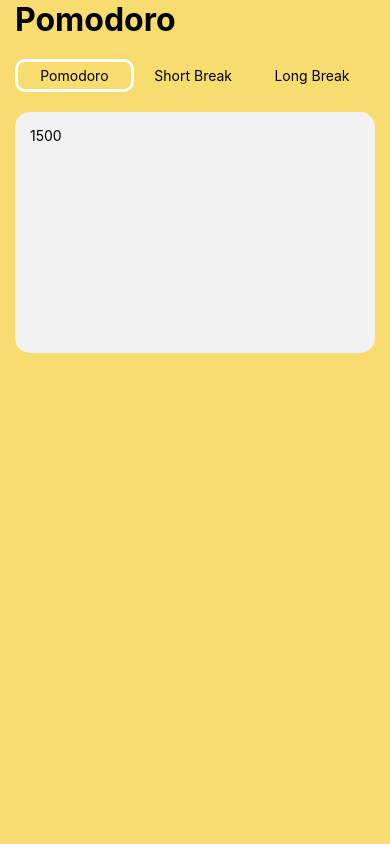
Repository: rchavarria77/pomodoro-app
Screen: /
The author's editor kept a copy of each file at every save. The screen is drawn from the files as they stood at one save, then again after the next save.
The app was drawn by React Native's web renderer in a window 390 px wide. The project was rebuilt for these pictures with package versions that can differ from the ones it lists, and the page was loaded fresh each time.

Above is the screen before, as saved 2024-02-01 00:59:57.

After the next save:
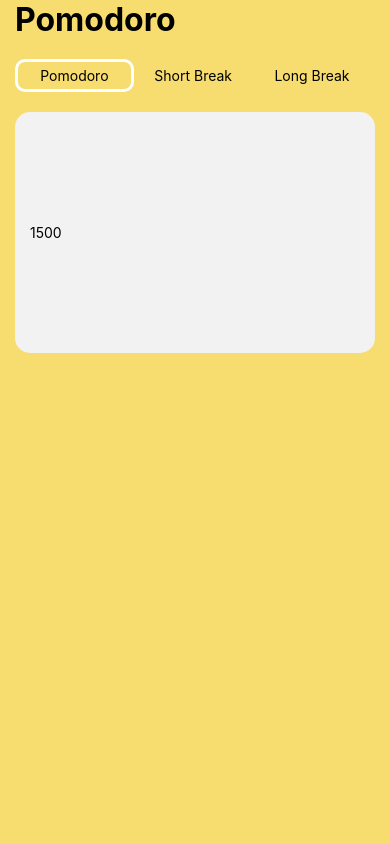
Saved 7 s later.
--- a/src/components/Timer.jsx
+++ b/src/components/Timer.jsx
@@ -11,6 +11,7 @@ export const Timer = ({ time }) => {
 const styles = StyleSheet.create({
   container: {
     flex: 0.3,
+    justifyContent: 'center',
     backgroundColor: '#F2F2F2',
     padding: 15,
     borderRadius: 15,
